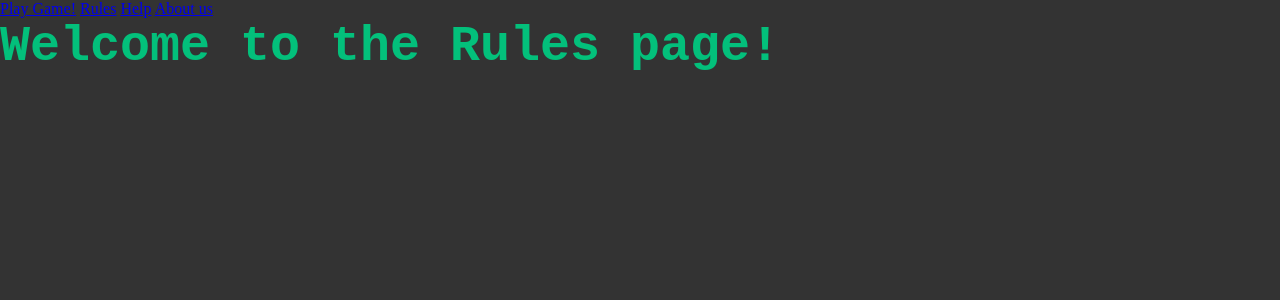
Repository: Ascendrospyder/rock-paper-scissors
Page: rulesPage.html
An editor plug-in stored every save of this project. The page is shown before and after a run of saves, followed by the edit.
The browser window is 1280 px wide. The pictures show the whole page.

Above is the page before, as saved 2022-12-26 11:36:34.

After the next 2 saves:
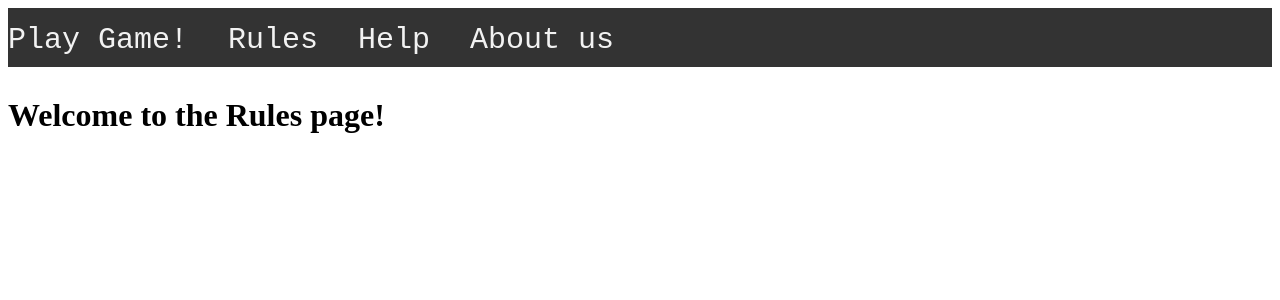
The 2 saves are shown as one change because they came seconds apart.
The last was saved 8 s later.
--- a/rulesPage.html
+++ b/rulesPage.html
@@ -5,8 +5,8 @@
     <meta http-equiv="X-UA-Compatible" content="IE=edge">
     <meta name="viewport" content="width=device-width, initial-scale=1.0">
     <title>Rules</title>
-    <link rel = "stylesheet" href="./css/style.css">
-    <!-- <link rel = "stylesheet" href="./css/navbar.css"> -->
+    <!-- <link rel = "stylesheet" href="./css/style.css"> -->
+    <link rel = "stylesheet" href="./css/navbar.css">
 </head>
 <body>
     <nav>

After the save that followed:
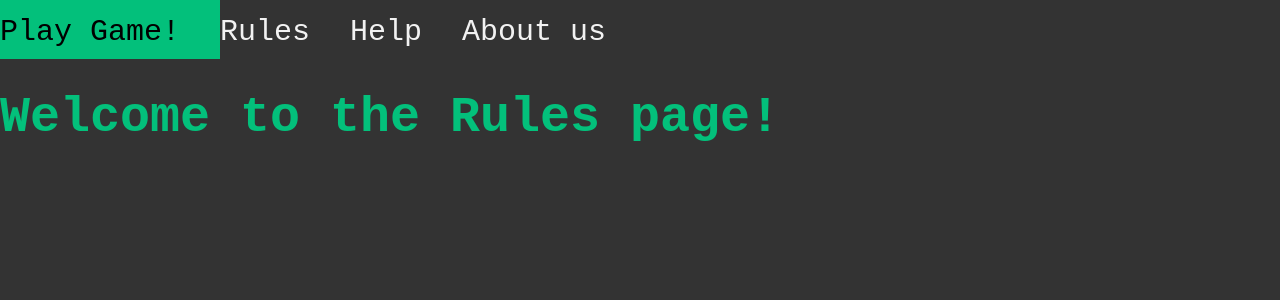
Saved 4 s later.
--- a/rulesPage.html
+++ b/rulesPage.html
@@ -5,7 +5,7 @@
     <meta http-equiv="X-UA-Compatible" content="IE=edge">
     <meta name="viewport" content="width=device-width, initial-scale=1.0">
     <title>Rules</title>
-    <!-- <link rel = "stylesheet" href="./css/style.css"> -->
+    <link rel = "stylesheet" href="./css/style.css">
     <link rel = "stylesheet" href="./css/navbar.css">
 </head>
 <body>
